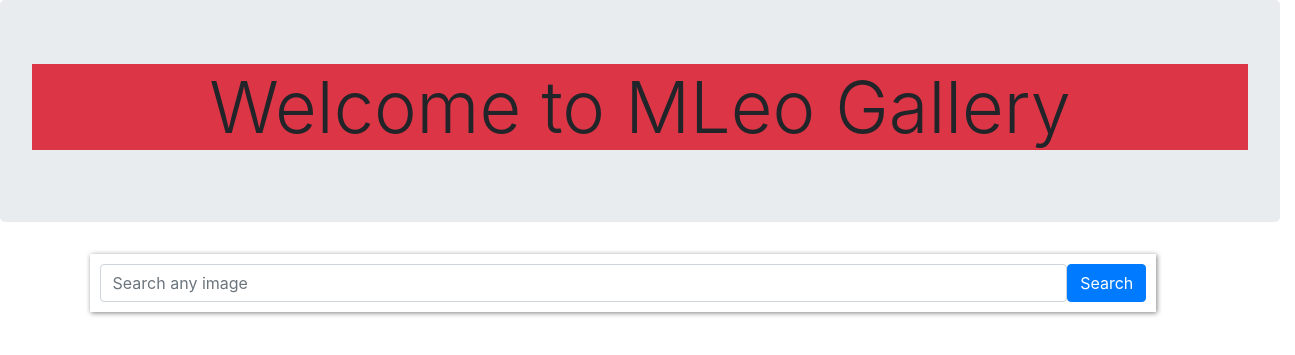
Repository: the-manohar/gallery
Page: /
These files come from the project's save history. The page is drawn as it stood at one moment and after the next save; the edit follows.
The browser window is 1280 px wide. The page is 1295 px wide, so the pictures cover 1295 px, including what lies to the right of the window. The pictures show the whole page.
The project was rebuilt for these pictures with package versions that can differ from the ones it lists, and the page was loaded fresh each time.

Above is the page before, as saved 2020-06-18 23:38:07.

After the next save:
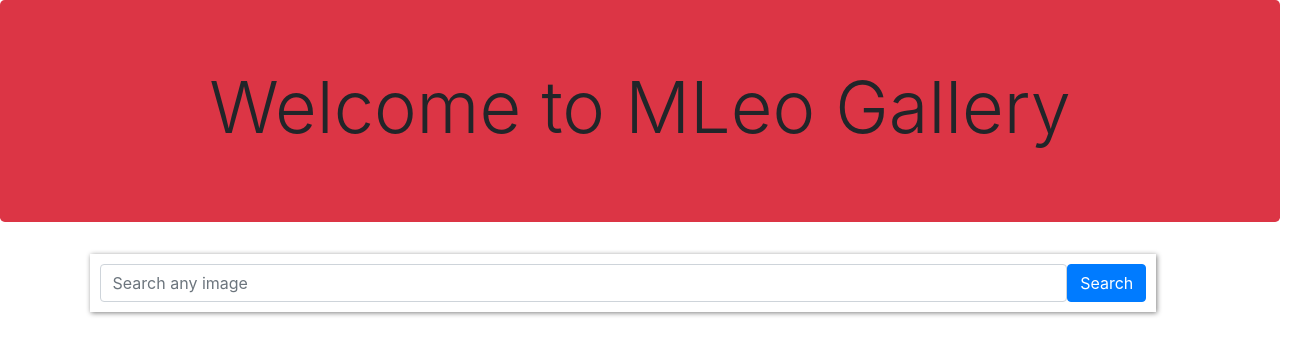
Saved 30 s later.
--- a/src/App.js
+++ b/src/App.js
@@ -18,8 +18,8 @@ function App() {
   return (
     <div className="row">
       <div className="App col-sm-5 col-md-12 col-xs-8">
-        <Jumbotron>
-          <h1 className="display-3 bg-danger">Welcome to MLeo Gallery</h1>
+        <Jumbotron className="bg-danger">
+          <h1 className="display-3">Welcome to MLeo Gallery</h1>
         </Jumbotron>
         <div className="mydiv col-sm-4 col-md-10 col-xs-4">
           <InputGroup>
